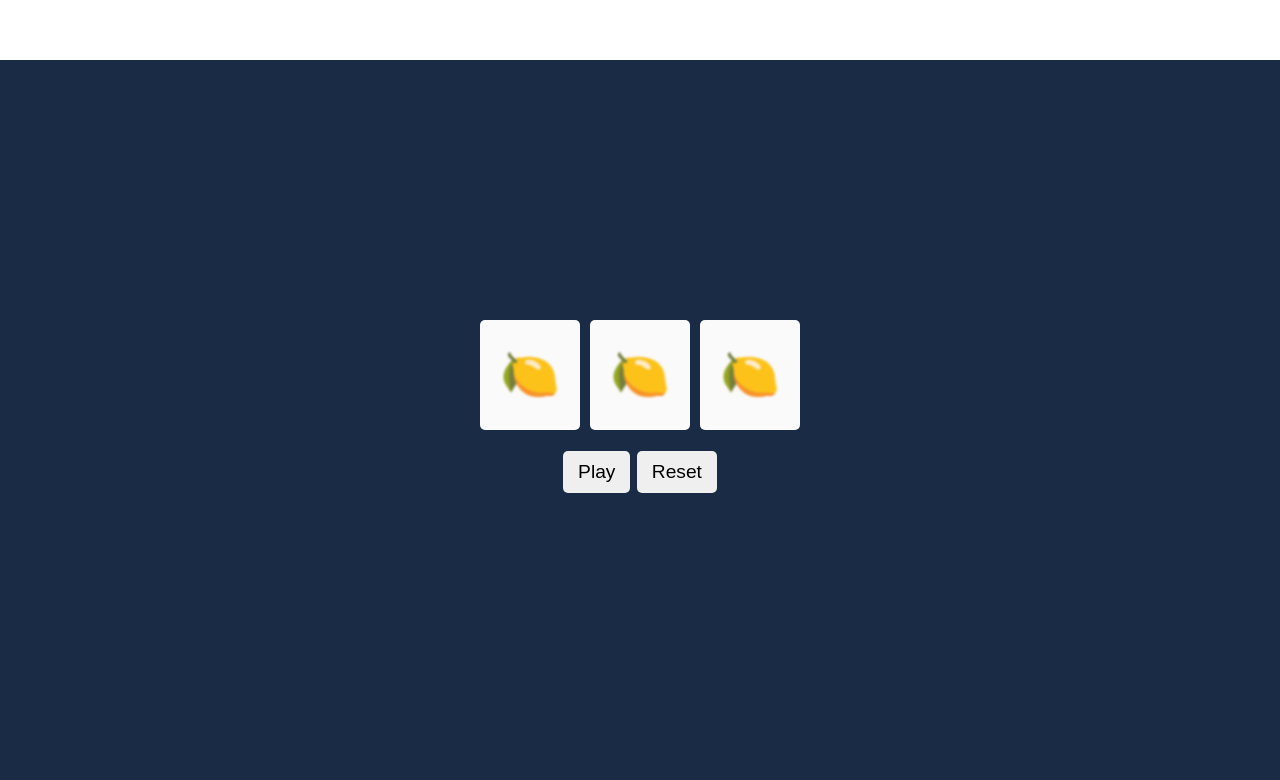
Repository: HERBOD7/slotmachine
Page: /
The author's editor kept a copy of each file at every save. The page is drawn from the files as they stood at one save, then again after the next save.
The browser window is 1280 px wide. The pictures show the whole page.
The project was rebuilt for these pictures with package versions that can differ from the ones it lists, and the page was loaded fresh each time. Also part of the build but not shown: vue.config.js.

Above is the page before, as saved 2023-07-22 23:12:58.

### src/App.vue
<template>
  <div id="app">
    <div class="doors">
      <div class="door" v-for="(symbol, index) in symbols" :key="index">
        <transition v-on:enter="enterTransition" v-on:leave="leaveTransition">
          <div class="boxes">
            <div
              :class="['box', isShuffling ? 'animation' : 'blur']"
              v-for="(item, i) in symbol"
              :key="i"
            >
              {{ item }}
            </div>
          </div>
        </transition>
      </div>
    </div>

    <div class="buttons">
      <button @click="spin" id="spinner">Play</button>
      <button @click="init" id="reseter">Reset</button>
    </div>
  </div>
</template>

<script>
// import HelloWorld from "./components/HelloWorld.vue";

export default {
  name: "App",
  components: {
    // HelloWorld,
  },
  data() {
    return {
      symbols: [
        ["🍋", "🍉", "🍒", "🍊"],
        ["🍋", "🍉", "🍒", "🍊"],
        ["🍋", "🍉", "🍒", "🍊"],
      ],
      isShuffling: false,
    };
  },
  created() {
    // this.init();
  },
  methods: {
    init() {
      for (let i = 0; i < 3; i++) {
        const arr = [];
        // for (let n = 0; n < (groups > 0 ? groups : 1); n++) {
        arr.push(...this.symbols[i]);
        console.log(this.symbols[i], i);
        // }
        this.symbols[i] = this.shuffle(arr);
        this.isShuffling = true;
      }
    },
    enterTransition() {
      this.transitionstart = true;
      console.log("start");
    },
    leaveTransition() {
      this.transitionend = true;
      console.log("end");
    },
    async spin() {
      this.init();
      const doors = document.querySelectorAll(".door");
      for (const door of doors) {
        const boxes = door.querySelector(".boxes");
        const duration = parseInt(boxes.style.transitionDuration);
        boxes.style.transform = "translateY(0)";
        await new Promise((resolve) => setTimeout(resolve, duration * 100));
      }
      // this.isShuffling = false;
    },
    shuffle(array) {
      for (let i = array.length - 1; i > 0; i--) {
        const j = Math.floor(Math.random() * (i + 1));
        [array[i], array[j]] = [array[j], array[i]];
      }
      return array;
    },
  },
};
</script>

<style>
#app {
  font-family: Avenir, Helvetica, Arial, sans-serif;
  -webkit-font-smoothing: antialiased;
  -moz-osx-font-smoothing: grayscale;
  text-align: center;
  color: #2c3e50;
  margin-top: 60px;
}

body {
  width: 100vw;
  height: 100vh;
  margin: 0;
  padding: 0;
}

#app {
  width: 100%;
  height: 100%;
  background: #1a2b45;
  display: flex;
  flex-direction: column;
  justify-content: center;
  align-items: center;
}

.doors {
  display: flex;
}

.door {
  background: #fafafa;
  width: 100px;
  height: 110px;
  overflow: hidden;
  border-radius: 5px;
  margin: 5px;
}

.boxes {
  transform: translateY(0);
  transition: transform 1s ease-in-out;
}

.box {
  display: flex;
  justify-content: center;
  align-items: center;
  font-size: 3rem;
  height: 110px;
  width: 100px;
  transform: translateY(0px);
}

.animation {
  transform: translateY(3px);
  transition: transform 1s ease-in-out;
}

.blur {
  filter: blur(1px);
}

.buttons {
  margin: 1rem 0 2rem 0;
}

button {
  cursor: pointer;
  font-size: 1.2rem;
  margin: 0 0.2rem;
  border: none;
  border-radius: 5px;
  padding: 10px 15px;
}

.info {
  position: fixed;
  bottom: 0;
  width: 100%;
  text-align: center;
}
</style>

Loaded but not shown: public/index.html (common file); src/main.js (common file)

After the next save:
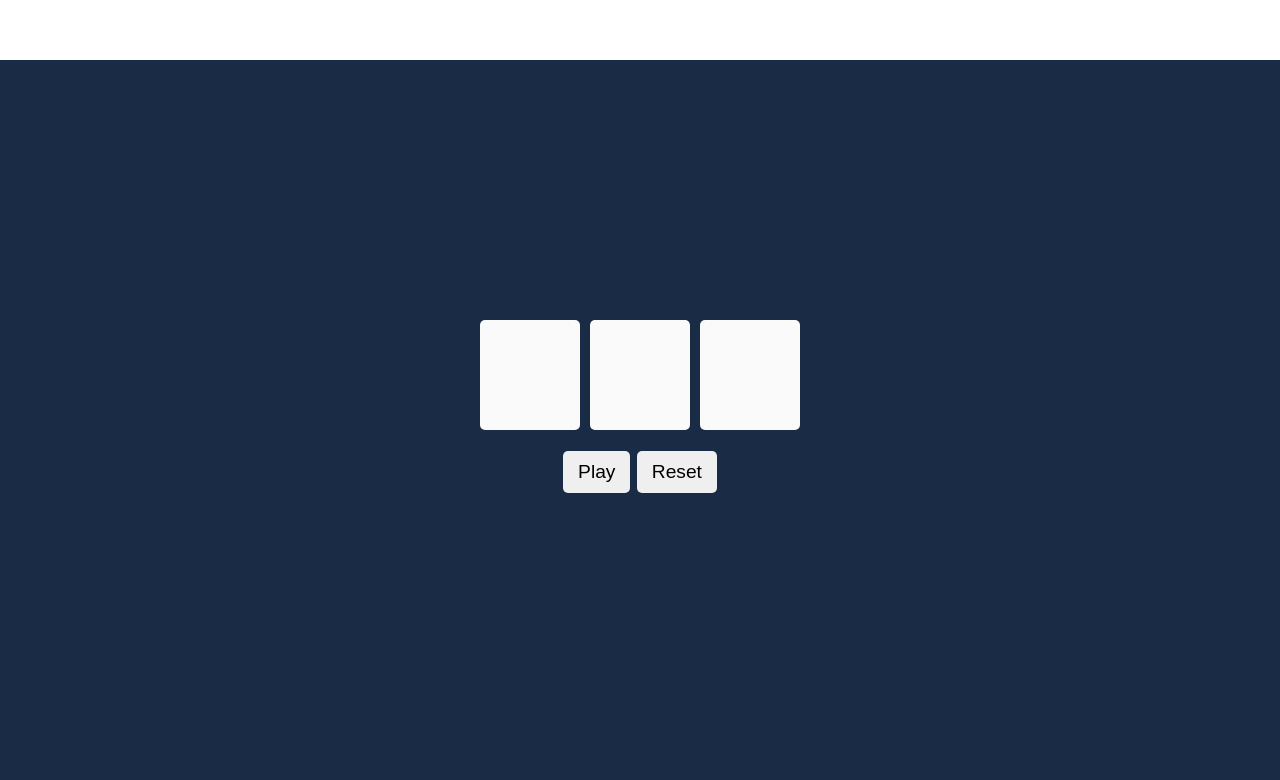
Saved 69 s later.
--- a/src/App.vue
+++ b/src/App.vue
@@ -1,13 +1,13 @@
 <template>
   <div id="app">
     <div class="doors">
-      <div class="door" v-for="(symbol, index) in symbols" :key="index">
+      <div class="door" v-for="i in 3" :key="i">
         <transition v-on:enter="enterTransition" v-on:leave="leaveTransition">
           <div class="boxes">
             <div
               :class="['box', isShuffling ? 'animation' : 'blur']"
-              v-for="(item, i) in symbol"
-              :key="i"
+              v-for="(symbol, index) in symbols[i]"
+              :key="index"
             >
               {{ item }}
             </div>
